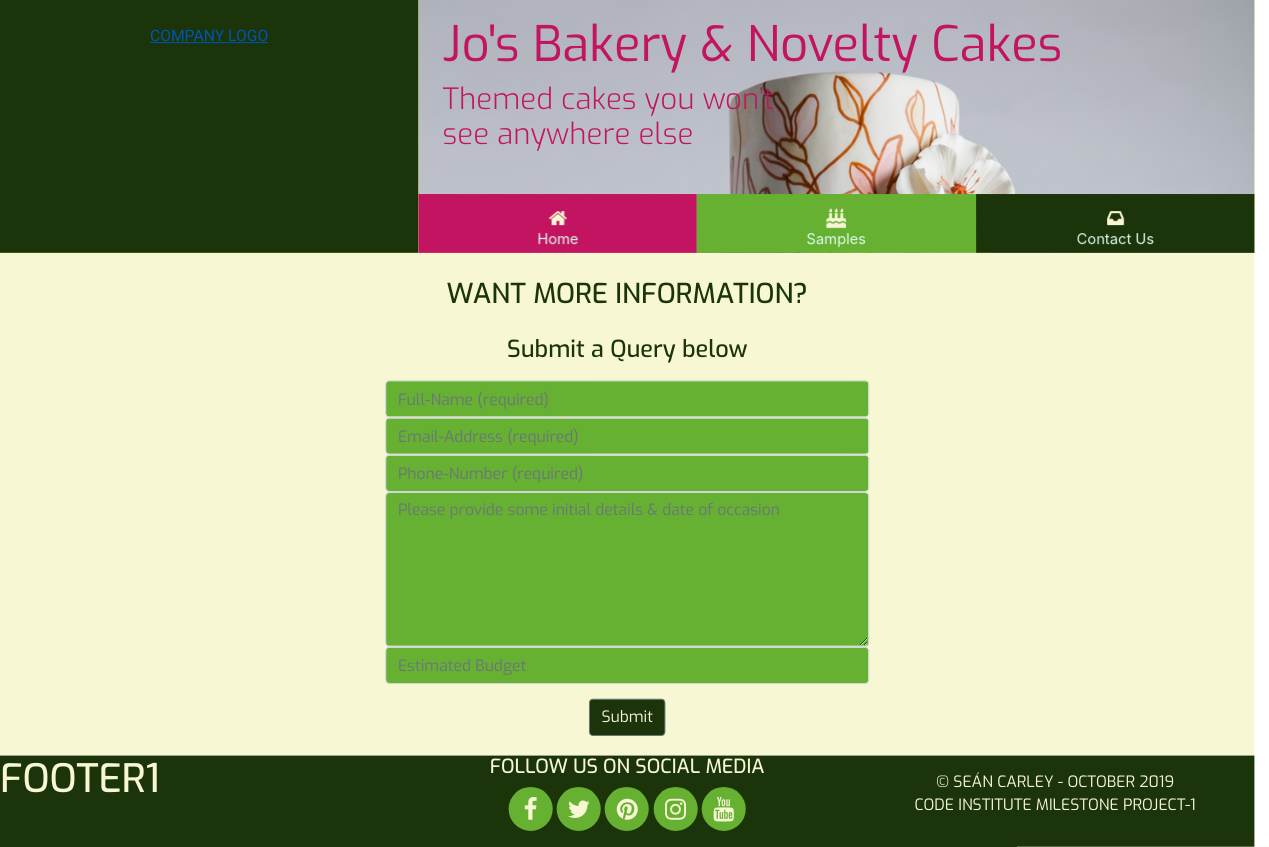
Repository: seanjcarley/Milestone1
Page: contact.html
The author's editor kept a record of every edit. The page is drawn from the files as they stood at one moment, then again after the next edit.
The browser window is 1280 px wide. The page is 1295 px wide, so the pictures cover 1295 px, including what lies to the right of the window. The pictures show the whole page, at 98% of full size.

Above is the page before.

### contact.html
<!DOCTYPE html>
<html lang="en">

<head>
    <meta charset="UTF-8">
    <meta name="viewport" content="width=device-width, initial-scale=1.0">
    <meta http-equiv="X-UA-Compatible" content="ie=edge">
    <link rel="stylesheet" href="https://stackpath.bootstrapcdn.com/bootstrap/4.3.1/css/bootstrap.min.css" type="text/css" />
    <link rel="stylesheet" href="https://stackpath.bootstrapcdn.com/font-awesome/4.7.0/css/font-awesome.min.css" type="text/css">
    <link rel="stylesheet" href="https://cdnjs.cloudflare.com/ajax/libs/hover.css/2.3.1/css/hover-min.css" type="text/css">
    <link rel="stylesheet" href="css/style.css">
    <title>Jo's Bakery and Novelty Cakes</title>
</head>

<body>
    <header>
        <div class="row no-gutters">
            <a href="#" class="col-md-4 logo">COMPANY LOGO</a>
            <div class="col-md-8 cake-image">
                <div class="row no-gutters">
                    <div class="col page-header">
                        <h1 class="name caps">Jo's Bakery & Novelty Cakes</h1>
                        <h2 class="tag-line caps">Themed cakes you won’t<br/>see anywhere else</h2>
                    </div>
                </div>
                <div class="row no-gutters">
                    <div class="col">
                        <ul id="nav" class="list-inline menucontainer">
                            <li class="col col-sm-4 menu-item-color-home list-inline-item menuitem">
                                <a class="hvr-sweep-to-right" href="index.html"><i class="fa fa-home" aria-hidden="true"></i><span>Home</span></a>
                            </li>
                            <li class="col col-sm-4 menu-item-color-samples list-inline-item menuitem">
                                <a class="hvr-sweep-to-right" href="showcase.html"><i class="fa fa-birthday-cake" aria-hidden="true"></i><span>Samples</span></a>
                            </li>
                            <li class="col col-sm-4 menu-item-color-contact list-inline-item menuitem">
                                <a class="hvr-sweep-to-right" href="contact.html"><i class="fa fa-inbox" aria-hidden="true"></i><span>Contact Us</span></a>
                            </li>
                        </ul>
                    </div>
                </div>
            </div>
        </div>
    </header>
    <section class="container-fluid section-color">
        <div class="row">
            <div class="col-md-2"></div>
            <div class="col-md-8">
                <h3 class="form-heading uppercase">Want more Information?</h3>
                <h4 class="form-heading">Submit a Query below</h4>
                <div class="center-form">
                    <form>
                        <input type="text" name="fullname" id="name-field" class="form-control" placeholder="Full-Name (required)" required/>
                        <input type="text" name="emailaddress" id="email-field" class="form-control" placeholder="Email-Address (required)" required/>
                        <input type="text" name="phonenumber" id="phone-field" class="form-control" placeholder="Phone-Number (required)" required/>
                        <textarea rows="6" name="details" id="desc-field" class="form-control" placeholder="Please provide some initial details & date of occasion"></textarea>
                        <input type="text" name="budget" id="budget-field" class="form-control" placeholder="Estimated Budget"/>
                        <!--***Possible slider for selecting budget***
                        <label>Estimated Budget</label>
                        <input type="range" min="100" max="1000"/>-->
                        <div class="form-row text-center">
                            <div class="col">
                                <button type="submit" class="btn btn-secondary">Submit</button>
                            </div>
                        </div>
                    </form>
                </div>
            </div>
            <div class="col-md-2"></div>
        </div>
    </section>
    <footer class="footer-color">
        <div class="row">
            <div class="col-md-4">
                <h1>FOOTER1</h1>
            </div>
            <div class="col-md-4 social">
                <!--<h1>FOOTER2</h1>-->
                <h5 class="uppercase uppercase">Follow us on Social Media</h5>
                <ul class="list-inline social-icons">
                    <li class="list-inline-item socialitem">
                        <a target="_blank" href="#">
                            <i class="fa fa-facebook" aria-hidden="true"></i>
                            <span class="sr-only">Facebook</span> <!-- This will be read by a screen reader. It does not show on the page -->
                        </a>
                    </li>
                    <li class="list-inline-item socialitem">
                        <a target="_blank" href="#">
                            <i class="fa fa-twitter" aria-hidden="true"></i>
                            <span class="sr-only">Twitter</span> <!-- This will be read by a screen reader. It does not show on the page -->
                        </a>
                    </li>
                    <!--<li class="list-inline-item socialitem">
                        <a target="_blank" href="#">
                            <i class="fa fa-linkedin" aria-hidden="true"></i>
                            <span class="sr-only">LinkedIn</span>
                        </a>
                    </li>-->
                    <li class="list-inline-item socialitem">
                        <a target="_blank" href="#">
                            <i class="fa fa-pinterest" aria-hidden="true"></i>
                            <span class="sr-only">Pinterest</span> <!-- This will be read by a screen reader. It does not show on the page -->
                        </a>
                    </li>
                    <li class="list-inline-item socialitem">
                        <a target="_blank" href="#">
                            <i class="fa fa-instagram" aria-hidden="true"></i>
                            <span class="sr-only">Instagram</span> <!-- This will be read by a screen reader. It does not show on the page -->
                        </a>
                    </li>
                    <li class="list-inline-item socialitem">
                        <a target="_blank" href="#">
                            <i class="fa fa-youtube" aria-hidden="true"></i>
                            <span class="sr-only">YouTube</span> <!-- This will be read by a screen reader. It does not show on the page -->
                        </a>
                    </li>
                </ul>
            </div>
            <div class="col-md-4 copyrite uppercase">
                <!--<h1>FOOTER3</h1>-->
                &copy; Seán Carley - October 2019
                <br/> Code Institute Milestone Project-1
            </div>
        </div>
    </footer>
</body>

</html>

### css/style.css
@import url('https://fonts.googleapis.com/css?family=Roboto:100,200,300,400,500,600,700|Exo:100,200,300,400,500,600,700');

/*----------------------------------------------------------------------------*/
/* Colours */
/*----------------------------------------------------------------------------*/

.menu-item-color-home {
    background-color: #C21460;
    color: #F7F7D4;
}

.menu-item-color-samples {
    background-color: #66B032;
    color: #F7F7D4;
}

.menu-item-color-contact {
    background-color: #1B3409;
    color: #F7F7D4;
}

.section-color {
    background-color: #F7F7D4;
    color: #1B3409;
}

.side-section {
    background-color: #66B032;
}

.footer-color {
    background-color: #1B3409;
    color: #F7F7D4;
}

/*----------------------------------------------------------------------------*/
/* Body */
/*----------------------------------------------------------------------------*/

body {
    margin: 0;
    min-height: 100%;
}

/*----------------------------------------------------------------------------*/
/* Header */
/*----------------------------------------------------------------------------*/

header {
    margin: 20;
    background-color: #fefe33;
}

.cake-image {
    background: url("../images/980x1123Slider_0004_Slider_2_Left.jpg");
    background-size: cover;
}

.page-header {
    margin-top: 15px;
    margin-bottom: 35px;
}

.name {
    font-family: "Exo", sans-serif;
    font-weight: 400;
    font-size: 50px;
    margin-left: 25px;
    color: #C21460;
}

.tag-line {
    font-family: "Exo", sans-serif;
    font-weight: 300;
    font-size: 30px;
    margin-left: 25px;
    color: #C21460;
    /*color: #66B032;*/
}

.logo {
    background: url("#");
    background-position: center;
    background-repeat: no-repeat;
    background-size: cover;
    background-color: #1B3409;
    font-family: "Roboto", sans-serif;
    text-align: center;
    padding-top: 25px;
    min-height: 240px;
}

.list-inline-item:not(:last-child) {
    margin-right: 0;
}

.menucontainer {
    font-size: 0;
}

#nav li {
    font-size: 14px;
    padding: 0;
}

#nav {
    margin: 0;
}

.menuitem {
    height: 60px;
    text-align: center;
    padding: 0;
}

.menuitem a {
    width: 100%;
    text-decoration: none;
    color: #defdef;
    height: 100%;
}

.menuitem a i {
    padding-top: 15px;
    display: block;
    color: #F7F7D4;;
    font-size: 20px;
}

.menuitem span {
    display: block;
    font-size: 15px;
}

.hvr-sweep-to-bottom:before,
.hvr-sweep-to-top:before,
.hvr-sweep-to-right:before {
    background: rgba(0, 0, 0, 0.2);
    height: 60px;
}

/*----------------------------------------------------------------------------*/
/* Index Section */
/*----------------------------------------------------------------------------*/

section {
    margin: 0;
    font-family: "Exo", sans-serif;
}

.main-section {
    padding-left: 15px;
}

.origin {
    text-align: center;
    padding-top: 15px;
}

.section-txt {
    margin: 15px;
}

.section-txt a {
    text-decoration: none;
    color: #1B3409;
}

.section-txt a:hover {
    color: #C21460;
}

.question {
    text-align: center;
}

/*----------------------------------------------------------------------------*/
/* Contact Section */
/*----------------------------------------------------------------------------*/

.form-heading {
    font-family: "Exo", sans-serif;
    font-weight: 500;
    margin-top: 25px;
    /*margin-bottom: ;*/
    text-align: center;
}

.center-form {
    padding-top: 10px;
    margin: 0 auto;
    max-width: 60%;
    text-align: center;
}

button[type="submit"] {
    margin-top: 15px;
    margin-bottom: 20px;
    color: #F7F7D4;
    background-color: #1B3409;
}

button[type="submit"]:hover {
    color: #66B032;
    background-color: #C21460;
    font-weight: 300;
     transition: all 0.35s ease-in-out;
    -moz-transition: all 0.35s ease-in-out;
    -webkit-transition: all 0.35s ease-in-out;
    -o-transition: all 0.35s ease-in-out;
}

#name-field {
    background-color: #66B032;
    color: #F7F7D4;
}

#email-field {
    background-color: #66B032;
    color: #F7F7D4;
}

/* Trying to overe ride the color of the placeholder text on the form */
/*#email-field:before {
    background-color: #66B032;
    color: #66B032;
}*/

#phone-field {
    background-color: #66B032;
    color: #F7F7D4;
}

#desc-field {
    background-color: #66B032;
    color: #F7F7D4;
}

#budget-field {
    background-color: #66B032;
    color: #F7F7D4;
}

/*----------------------------------------------------------------------------*/
/* Footer */
/*----------------------------------------------------------------------------*/

footer {
    margin: 0;
    font-family: "Exo", sans-serif;
}

.footer-text {

}

.footer-text a {
    text-decoration: none;
    color: #F7F7D4;
}

.footer-text a:hover {
    color: #66B032;
}

.footer-h5 {
    padding-left: 15px;
    padding-top: 15px;
}

.copyrite {
    text-align: center;
    margin-top: 15px;
    font-size: 100;
}

.social {
    text-align: center;
    /*margin-top: 15px;*/
}

/*.social-icons li a {

}*/

.social-icons li a i {
    width: 45px;
    height: 45px;
    padding: 6px 0;
    /*margin-top: 5px;*/
    border-radius: 50%;
    font-size: 25px;
    background-color: #66B032;
    color: #F7F7D4;
    text-align: center;
    line-height: 35px;
    transition: all 0.35s ease-in-out;
    -moz-transition: all 0.35s ease-in-out;
    -webkit-transition: all 0.35s ease-in-out;
    -o-transition: all 0.35s ease-in-out;
}

.social-icons li a i:hover {
    background-color: #C21460;
    color: #66B032;
}

.socialitem span {
    display: block;
    width: 100%;
    font-size: 35px;
}

.bold {
    font-weight: 600;
}

.uppercase {
    text-transform: uppercase;
}

/*----------------------------------------------------------------------------*/
/* Media Queries */
/*----------------------------------------------------------------------------*/

@media (max-width:767px) {
    .logo {
        display: none;
    }

    .page-header {
    margin-top: 15px;
    margin-bottom: 10px;
    color: #F7F7D4;
    }

    .desktop {
        display: none;
    }
}

After the next edit:
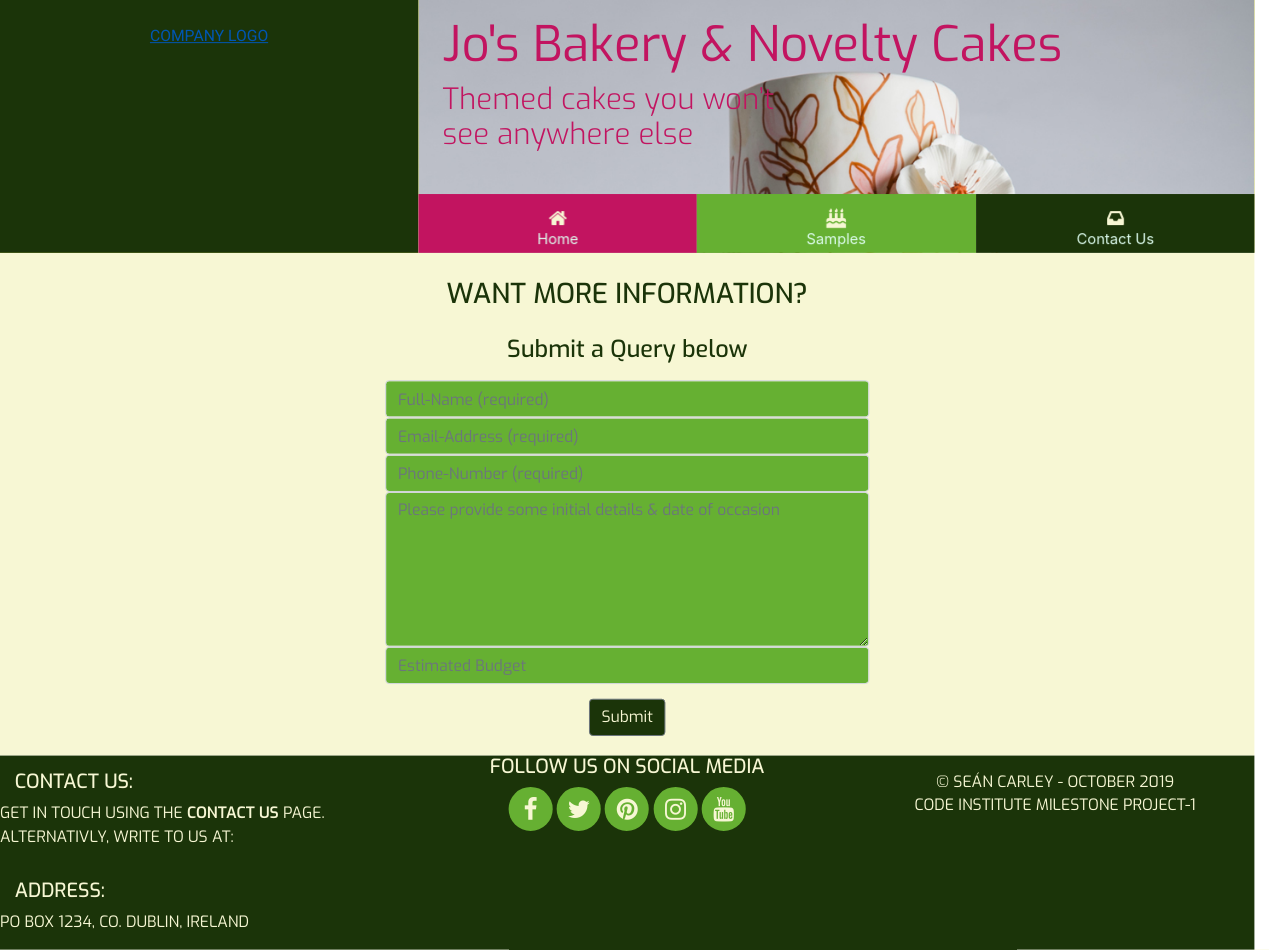
The edit:
--- a/contact.html
+++ b/contact.html
@@ -68,14 +68,22 @@
             <div class="col-md-2"></div>
         </div>
     </section>
-    <footer class="footer-color">
+     <footer class="footer-color">
         <div class="row">
             <div class="col-md-4">
-                <h1>FOOTER1</h1>
+                <!--<h1>FOOTER1</h1>-->
+                <h5 class="footer-h5 uppercase">Contact us: </h5>
+                <p class="footer-text uppercase">Get in touch using the <a href="contact.html"><span class="bold">Contact us</span></a> page. Alternativly, write to us at:</p>
+                <h5 class="footer-h5 uppercase">Address: </h5>
+                <p class="footer-address uppercase">
+                    PO Box 1234, <!--<br/>-->
+                    Co. Dublin, <!--<br/>-->
+                    Ireland
+                </p>
             </div>
             <div class="col-md-4 social">
                 <!--<h1>FOOTER2</h1>-->
-                <h5 class="uppercase uppercase">Follow us on Social Media</h5>
+                <h5 class="uppercase">Follow us on Social Media</h5>
                 <ul class="list-inline social-icons">
                     <li class="list-inline-item socialitem">
                         <a target="_blank" href="#">
